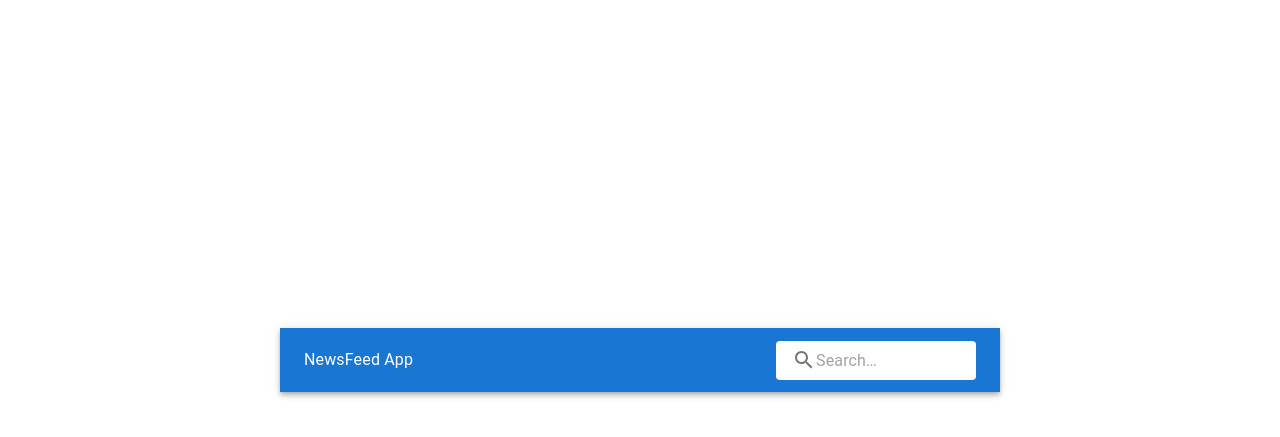
Repository: Baraajad231/News-Feed
Page: /
An editor plug-in stored every save of this project. The page is shown before and after the next save, followed by the edit.
The browser window is 1280 px wide. The pictures show the whole page.
The page's requests for data from a server got no answer. The project was rebuilt for these pictures with package versions that can differ from the ones it lists, and the page was loaded fresh each time. No one was signed in, and anything a server would have sent is missing. Also part of the build but not shown: vite.config.js, src/components/newsArticle.jsx.

Above is the page before, as saved 2026-03-20 18:06:51.

After the next save:
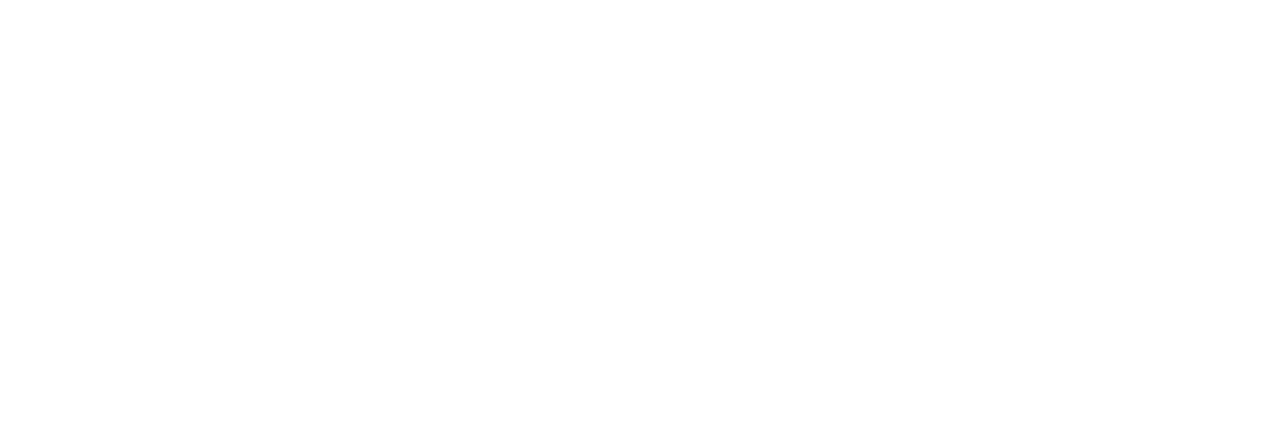
Console error: ReferenceError: handleShearchChange is not defined
Saved 4 min 13 s later.
--- a/src/components/NewsHeader.jsx
+++ b/src/components/NewsHeader.jsx
@@ -34,9 +34,7 @@
 }));
 
 const NewsHeader = ({ setQuery }) => {
-  const handleInputChange = (e) => {
-    setQuery(e.target.value);
-  };
+
 
   return (
     <AppBar position="static">
@@ -49,7 +47,7 @@
           <StyledInputBase
             placeholder="Search…"
             inputProps={{ "aria-label": "search" }}
-            onChange={handleInputChange}
+            onChange={handleShearchChange}
           />
         </Search>
       </Toolbar>

After the 4 saves that followed:
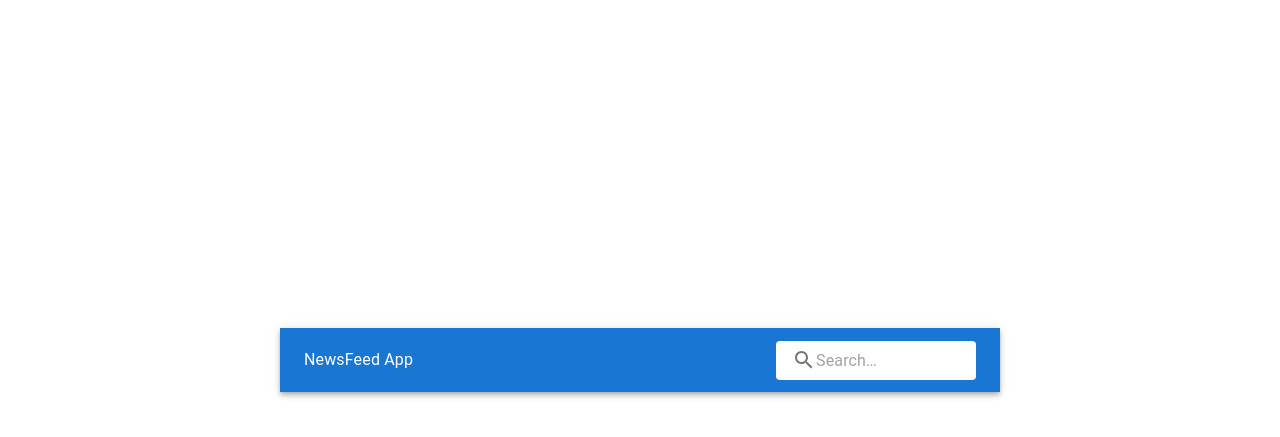
The error is gone.
The 4 saves are shown as one change because 3 left the picture as it was.
The last was saved 40 s later.
--- a/src/App.jsx
+++ b/src/App.jsx
@@ -23,9 +23,12 @@
     loadData(query).then(setArticles);
   }, [query]);
 
+  const handleShearchChange = (query) => {
+    setQuery(query);
+  };
   return (
     <Container>
-      <NewsHeader setQuery={setQuery} />
+      <NewsHeader handleShearchChange={handleShearchChange} />
       <NewsFeed articles={articles} />
     </Container>
   );
--- a/src/components/NewsHeader.jsx
+++ b/src/components/NewsHeader.jsx
@@ -33,9 +33,7 @@
   },
 }));
 
-const NewsHeader = ({ setQuery }) => {
-
-
+const NewsHeader = ({ handleShearchChange }) => {
   return (
     <AppBar position="static">
       <Toolbar>
@@ -47,7 +45,7 @@
           <StyledInputBase
             placeholder="Search…"
             inputProps={{ "aria-label": "search" }}
-            onChange={handleShearchChange}
+            onChange={() => handleShearchChange}
           />
         </Search>
       </Toolbar>
